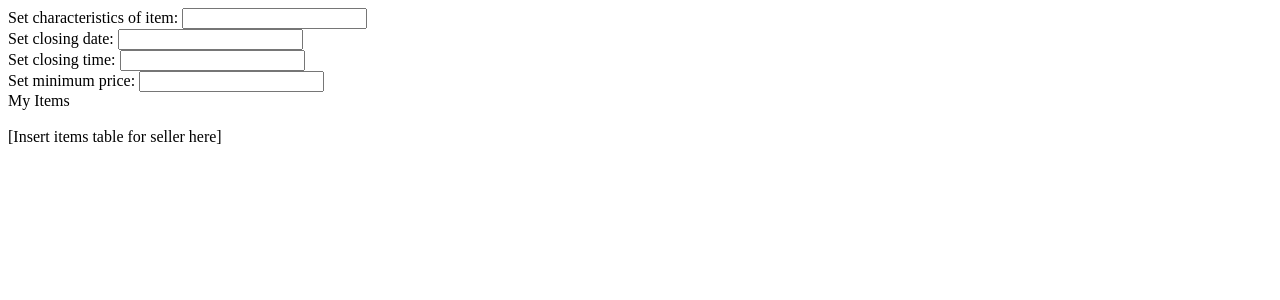
Repository: divergentArrow/Databases
Page: http://localhost/cs336project/seller.jsp
The author's editor kept a copy of each file at every save. The page is drawn from the files as they stood at one save, then again after the next save.
The browser window is 1280 px wide. The pictures show the whole page.
The page is served by Tomcat 9.

Above is the page before, as saved 2019-04-14 20:45:04.

After the next save:
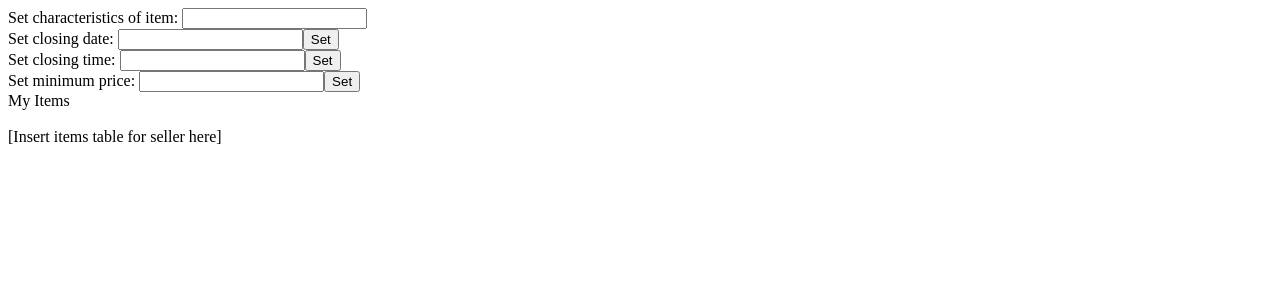
Saved 84 s later.
--- a/cs336project/WebContent/seller.jsp
+++ b/cs336project/WebContent/seller.jsp
@@ -11,9 +11,9 @@
 <body>
 	<div>
 		Set characteristics of item: <input type="text" name="item"><br>
-		Set closing date: <input type="text" name="cdate"><br>
-		Set closing time: <input type="text" name="ctime"><br>
-		Set minimum price: <input type="text" name="minPrice"><br>
+		Set closing date: <input type="text" name="cdate"><button type="button">Set</button><br>
+		Set closing time: <input type="text" name="ctime"><button type="button">Set</button><br>
+		Set minimum price: <input type="text" name="minPrice"><button type="button">Set</button><br>
 	</div>
 	<div>
 		My Items
